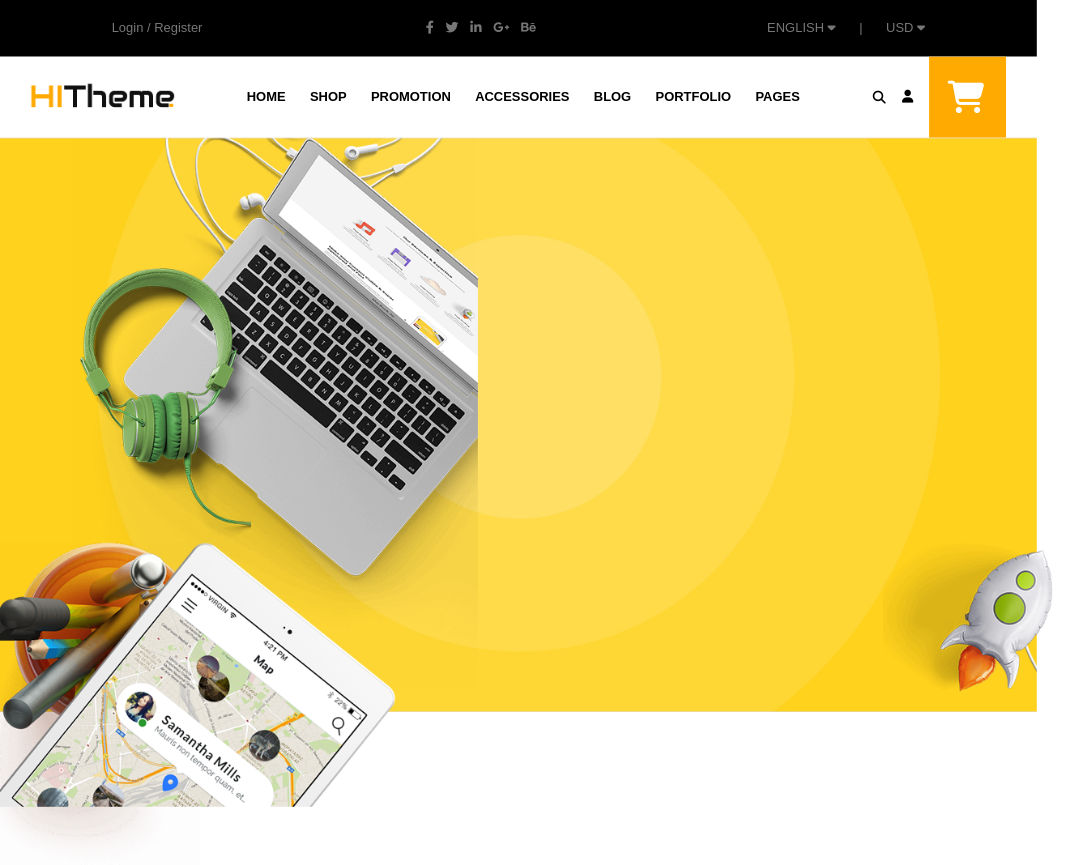
Repository: Thach1311/DU-AN-WEB-BAN-HANG-
Page: index1.html
An editor plug-in stored every save of this project. The page is shown before and after the next save, followed by the edit.
The browser window is 1280 px wide. The page is 1327 px wide, then 1280 px, so the pictures cover 1327 px, including what lies to the right of the window. The pictures show the whole page, at 81% of full size.

Above is the page before, as saved 2023-02-23 17:31:50.

After the next save:
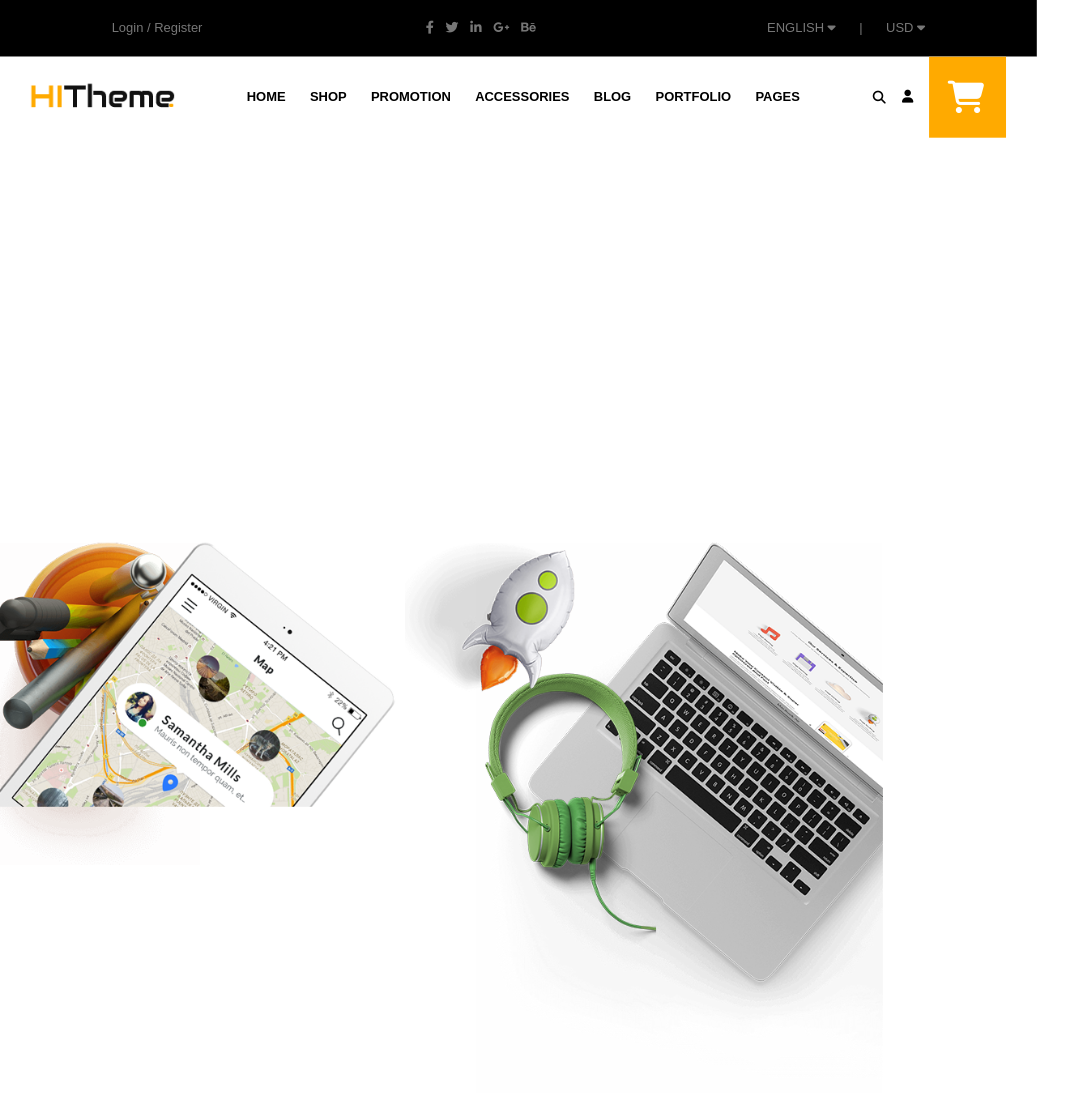
Saved 7 s later.
--- a/CSS/style1.css
+++ b/CSS/style1.css
@@ -625,7 +625,9 @@
     margin-top: 500px;
 }
 .slide__bgMain-item3{
-
+    position: absolute;
+    margin-top: 500px;
+    margin-left:  500px;
 }
 .slide__bgMain-item4{
     position: absolute;
